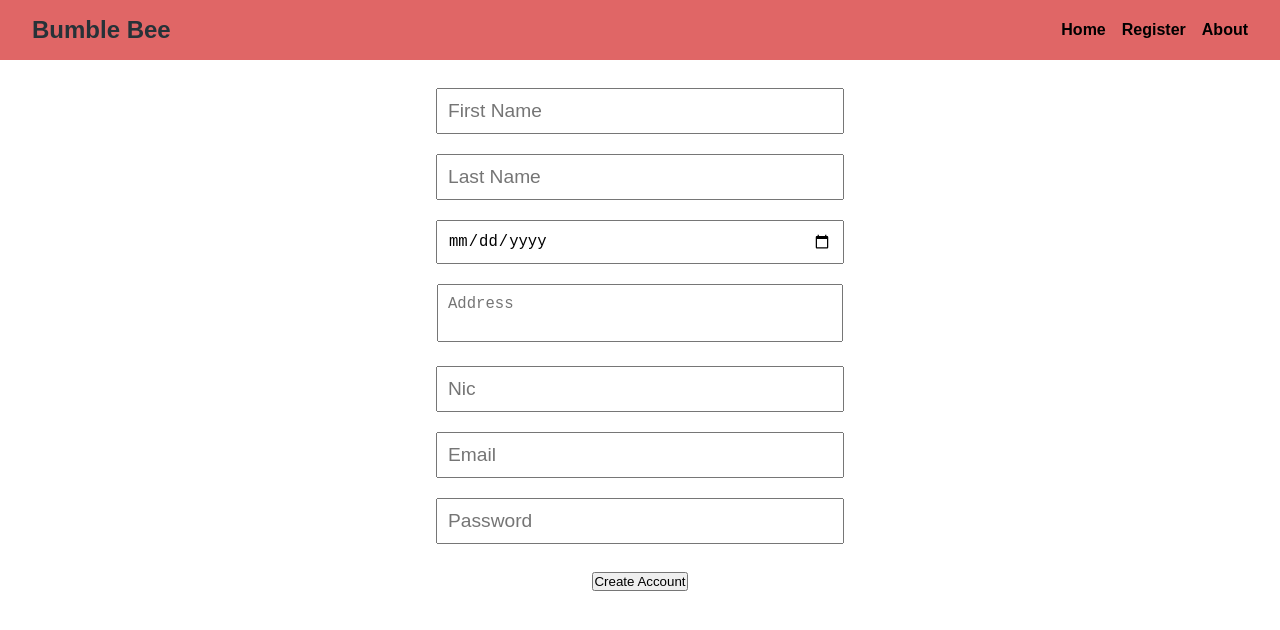
Repository: developerks611/Bumble-bee
Page: http://localhost/Bumble/add-customer.jsp
These files come from the project's save history. The page is drawn as it stood at one moment and after the next save; the edit follows.
The browser window is 1280 px wide. The pictures show the whole page.
The page is served by Tomcat 9. Other server files are loaded and not shown.

Above is the page before, as saved 2023-02-28 03:47:36.

### Bumble/src/main/webapp/add-customer.jsp
<%@ page language="java" contentType="text/html; charset=ISO-8859-1"
    pageEncoding="ISO-8859-1" isELIgnored="false"%>
 <%@ taglib prefix = "tag" uri = "http://java.sun.com/jsp/jstl/core" %>
<!DOCTYPE html>
<html>
<head>

<style>
textarea{
	resize:none;
}

* {
  padding: 0;
  margin: 0;
}

body {
  font-family: Arial, Tahoma, Serif;
  color: #263238;
}

nav {
  display: flex;
  justify-content:space-between;
  align-items: center;
  padding: 1rem 2rem;
  background: #e06666;
}

nav ul {
  display: flex;
  list-style: none;
}

nav li {
  padding-left: 1rem;
}

nav a {
  text-decoration: none;
  color: black;
  font-weight:bold;
}

.container {
 text-align:center;
}

.txt_input{

	width:30%;
	height:auto;
	margin:10px;
	padding:10px;
	font-size:120%;
}


 /*
  Extra small devices (phones, 600px and down)
*/
@media only screen and (max-width: 600px) {
  nav {
    flex-direction: column;
  }
  nav ul {
    flex-direction: column;
    padding-top: 0.5rem;
  }
  nav li {
    padding: 0.5rem 0;
  }
}
</style>
<meta charset="ISO-8859-1">
<title>Customer Registration</title>
</head>
<body>


<nav>
  <h2>Bumble Bee</h2>
  <ul>
    <li><a href="#">Home</a></li>
    <li><a href="#">Register</a></li>
    <li><a href="#">About</a></li>
  </ul>
</nav><br>

<div  class="container">
<p>${message }<p>
<form action="addData" method="post">
<input type="text" name="fname" placeholder="First Name" required class="txt_input"><br>
<input type="text" name="lname" placeholder="Last Name" required class="txt_input"><br>
<input type="date" name="dob" required class="txt_input"><br>
<textarea placeholder="Address" required name="adress" required class="txt_input"></textarea ><br>
<input type="text" name="nic" placeholder="Nic" required class="txt_input"><br>
<input type="email" name="email" placeholder="Email" required class="txt_input"><br>
<input type="password" name="password" placeholder="Password" required class="txt_input"><br><br>
<input type="hidden" name="action" value="addClient">
<button type="submit" class="btn btn-success createAccount">Create Account</button>

</form>
</div>
</body>
</html>

After the next save:
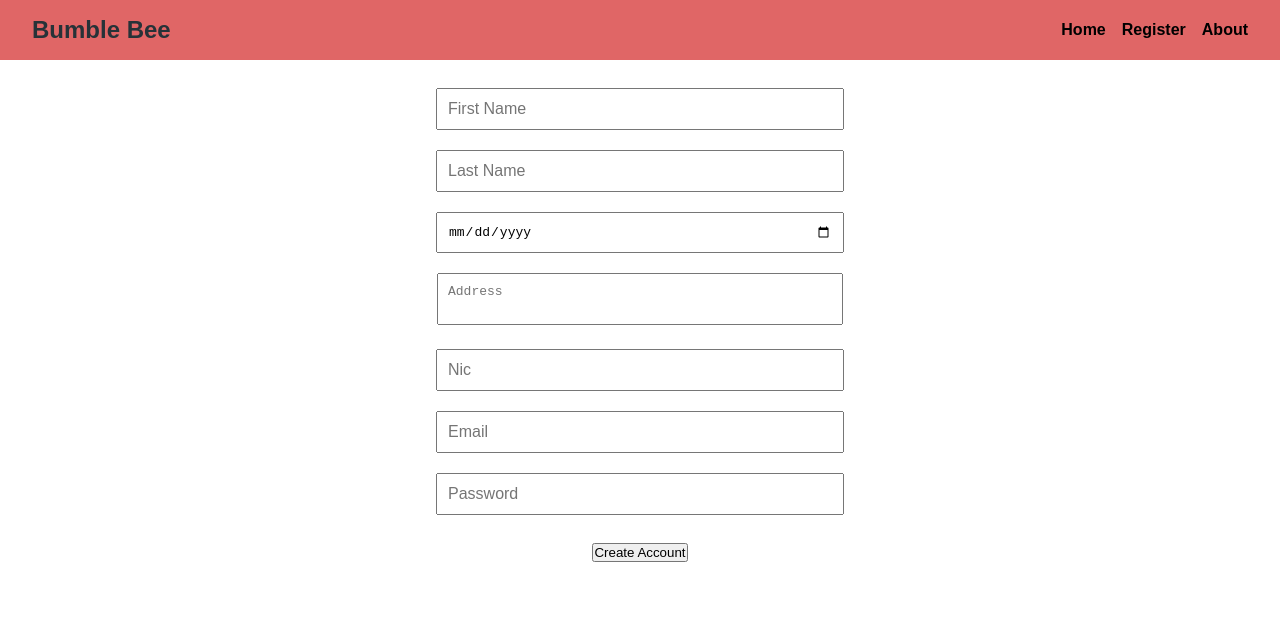
Saved 7 s later.
--- a/Bumble/src/main/webapp/add-customer.jsp
+++ b/Bumble/src/main/webapp/add-customer.jsp
@@ -53,7 +53,7 @@ nav a {
 	height:auto;
 	margin:10px;
 	padding:10px;
-	font-size:120%;
+	font-size:100%;
 }
 
 
